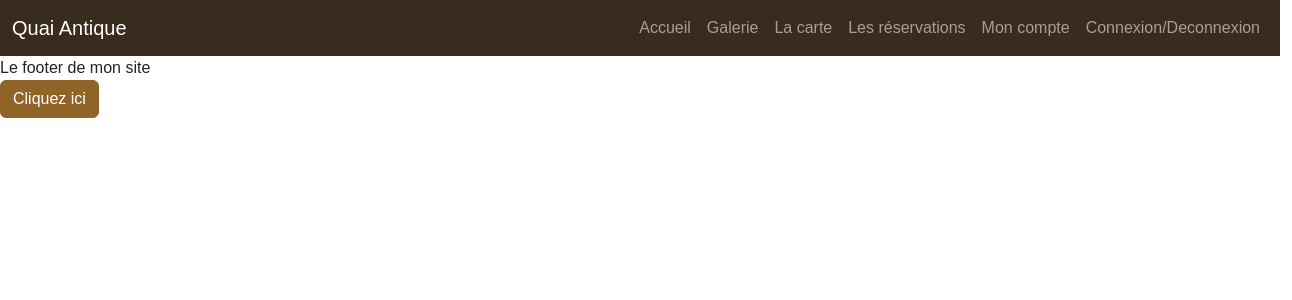
Repository: lemonhao9/QuaiAntiqueRestaurantFront
Page: index.html
The author's editor kept a copy of each file at every save. The page is drawn from the files as they stood at one save, then again after the next save.
The browser window is 1280 px wide. The page is 1280 px wide, then 1292 px, so the pictures cover 1292 px, including what lies to the right of the window. The pictures show the whole page.
Some web fonts or font styles are not loaded; a fallback is used. Some web libraries are served in a nearby version. The style sheet was rebuilt from its Sass, Less or Tailwind sources for each picture, by a compiler version that may differ from the author's.

Above is the page before, as saved 2025-01-21 17:15:44.
Console error: TypeError: Cannot set properties of null (setting 'innerHTML')

### index.html
<!DOCTYPE html>
<html lang="en">
<head>
    <meta charset="UTF-8">
    <meta name="viewport" content="width=device-width, initial-scale=1.0">
    <link rel="preconnect" href="https://fonts.googleapis.com">
    <link rel="preconnect" href="https://fonts.gstatic.com" crossorigin>
    <link href="https://fonts.googleapis.com/css2?family=Hind+Madurai:wght@300;400&display=swwap" rel="stylesheet">
    <link rel="stylesheet" href="scss/main.css">
    <title>Document</title>
</head>
<body>
    <header>
        <header>
            <nav class="navbar navbar-expand-lg bg-dark" data-bs-theme="dark">
                <div class="container-fluid">
                  <a class="navbar-brand" href="/">Quai Antique</a>
                  <button class="navbar-toggler" type="button" data-bs-toggle="collapse" data-bs-target="#navbarSupportedContent" aria-controls="navbarSupportedContent" aria-expanded="false" aria-label="Toggle navigation">
                    <span class="navbar-toggler-icon"></span>
                  </button>
                  <div class="collapse navbar-collapse" id="navbarSupportedContent">
                    <ul class="navbar-nav ms-auto mb-2 mb-lg-0">
                      <li class="nav-item">
                        <a class="nav-link" href="/">Accueil</a>
                      </li>
                      <li class="nav-item">
                        <a class="nav-link" href="/galerie">Galerie</a>
                      </li>
                      <li class="nav-item">
                        <a class="nav-link" href="#">La carte</a>
                      </li>
                      <li class="nav-item">
                        <a class="nav-link" href="#">Les réservations</a>
                      </li>
                      <li class="nav-item">
                        <a class="nav-link" href="#">Mon compte</a>
                      </li>
                      <li class="nav-item">
                        <a class="nav-link" href="#">Connexion/Deconnexion</a>
                      </li>
                    </ul>
                  </div>
                </div>
              </nav>
        </header>
    </main>
    <footer>Le footer de mon site</footer>
    <button class="btn btn-primary">Cliquez ici</button>
    <script type="module" src="Router/Router.js"></script>
    <script src="node_modules/bootstrap/dist/js/bootstrap.bundle.min.js"></script>
</body>
</html>

### Router/Router.js
import Route from "./Route.js";
import { allRoutes, websiteName } from "./allRoutes.js";

// Création d'une route pour la page 404 (page introuvable)
const route404 = new Route("404", "Page introuvable", "/pages/404.html");

// Fonction pour récupérer la route correspondant à une URL donnée
const getRouteByUrl = (url) => {
  let currentRoute = null;
  // Parcours de toutes les routes pour trouver la correspondance
  allRoutes.forEach((element) => {
    if (element.url == url) {
      currentRoute = element;
    }
  });
  // Si aucune correspondance n'est trouvée, on retourne la route 404
  if (currentRoute != null) {
    return currentRoute;
  } else {
    return route404;
  }
};

// Fonction pour charger le contenu de la page
const LoadContentPage = async () => {
  const path = window.location.pathname;
  // Récupération de l'URL actuelle
  const actualRoute = getRouteByUrl(path);
  // Récupération du contenu HTML de la route
  const html = await fetch(actualRoute.pathHtml).then((data) => data.text());
  // Ajout du contenu HTML à l'élément avec l'ID "main-page"
  document.getElementById("main-page").innerHTML = html;

  // Ajout du contenu JavaScript
  if (actualRoute.pathJS != "") {
    // Création d'une balise script
    var scriptTag = document.createElement("script");
    scriptTag.setAttribute("type", "text/javascript");
    scriptTag.setAttribute("src", actualRoute.pathJS);

    // Ajout de la balise script au corps du document
    document.querySelector("body").appendChild(scriptTag);
  }

  // Changement du titre de la page
  document.title = actualRoute.title + " - " + websiteName;
};

// Fonction pour gérer les événements de routage (clic sur les liens)
const routeEvent = (event) => {
  event = event || window.event;
  event.preventDefault();
  // Mise à jour de l'URL dans l'historique du navigateur
  window.history.pushState({}, "", event.target.href);
  // Chargement du contenu de la nouvelle page
  LoadContentPage();
};

// Gestion de l'événement de retour en arrière dans l'historique du navigateur
window.onpopstate = LoadContentPage;
// Assignation de la fonction routeEvent à la propriété route de la fenêtre
window.route = routeEvent;
// Chargement du contenu de la page au chargement initial
LoadContentPage();

### Router/allRoutes.js
import Route from "./Route.js";

//Définir ici vos routes
export const allRoutes = [
    new Route("/", "Accueil", "/pages/home.html"),];

//Le titre s'affiche comme ceci : Route.titre - websitename
export const websiteName = "Quai Antique";

### pages/404.html
<div>
    <h1>ERROR 404</h1>
    <P>Page not found</P>
    <p><a href="/">Retour à l'acceuil</a></p>
</div>

### scss/main.scss
@import url(/node_modules/bootstrap-icons/font/bootstrap-icons.css);
@import 'custom';

### scss/_custom.scss
// Custom.scss
// Option A: Include all of Bootstrap

// Include any default variable overrides here (though functions won't be available)
$primary: #906427;
$secondary: #B6AC97;
$dark:#392C1E;
$black:  #292222;
$font-family-sans-serif: "Montserrat", sans-serif !default;
$font-family-serif:"Hind Madurai", serif !default;

@import "../node_modules/bootstrap/scss/bootstrap";

// Then add additional custom code here

Loaded but not shown: Router/Route.js (common file)

After the next save:
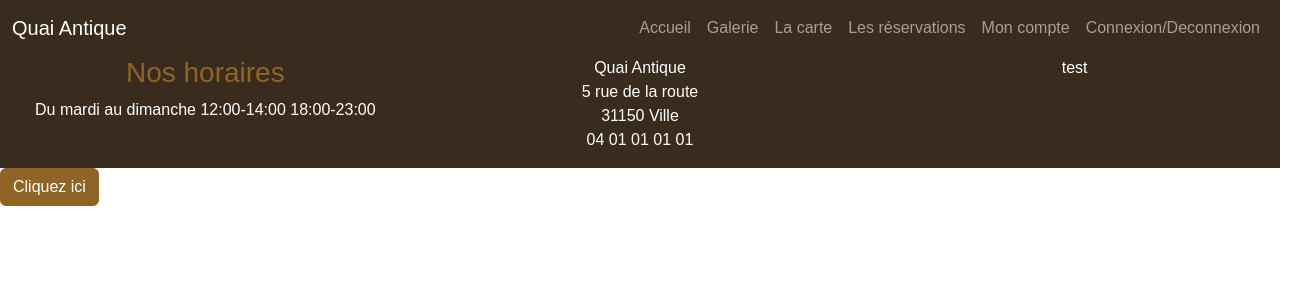
Saved 6 min 40 s later.
--- a/index.html
+++ b/index.html
@@ -44,7 +44,24 @@
               </nav>
         </header>
     </main>
-    <footer>Le footer de mon site</footer>
+<footer class="bg-dark text-white text-center footer">
+        <div class="row">
+            <div class="col-12 col-lg-4">
+                <h3 class="text-primary">Nos horaires</h3>
+                <p>Du mardi au dimanche  12:00-14:00  18:00-23:00</p>
+            </div>
+            <div class="col-6 col-lg-4">
+                <p>Quai Antique <br/>
+                    5 rue de la route <br/>
+                    31150 Ville <br/>
+                    04 01 01 01 01 <br/>
+                </p>
+            </div>
+            <div class="col-6 col-lg-4">
+                <p>test</p>
+            </div>
+        </div>
+    </footer>
     <button class="btn btn-primary">Cliquez ici</button>
     <script type="module" src="Router/Router.js"></script>
     <script src="node_modules/bootstrap/dist/js/bootstrap.bundle.min.js"></script>
